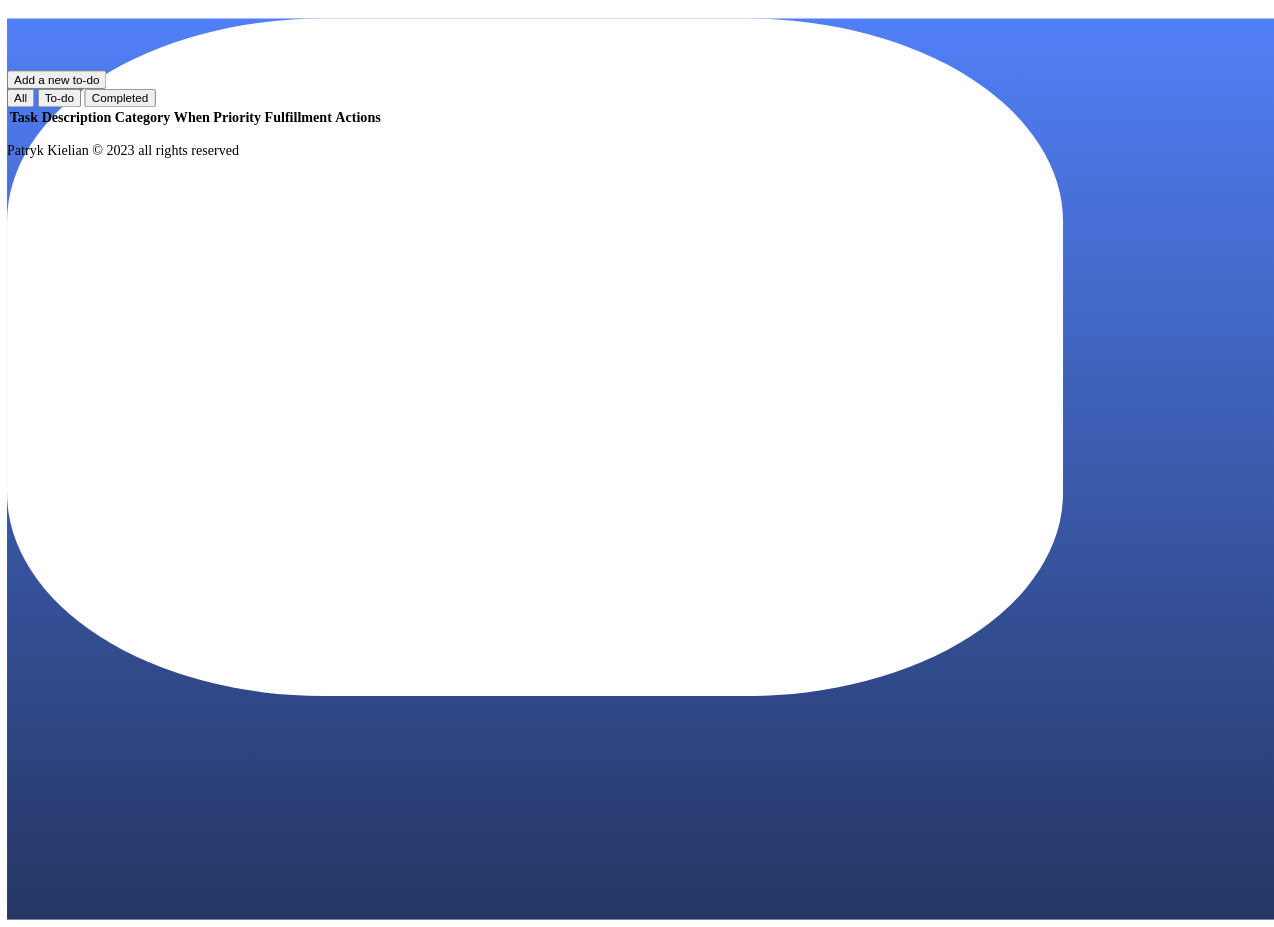
Repository: mirajane2/maquette-todo
Page: index.html
These files come from the project's save history. The page is drawn as it stood at one moment and after the next save; the edit follows.
The browser window is 1280 px wide. The page is 1448 px wide, so the pictures cover 1448 px, including what lies to the right of the window. The pictures show the whole page, at 88% of full size.

Above is the page before, as saved 2024-11-12 15:41:04.

After the next save:
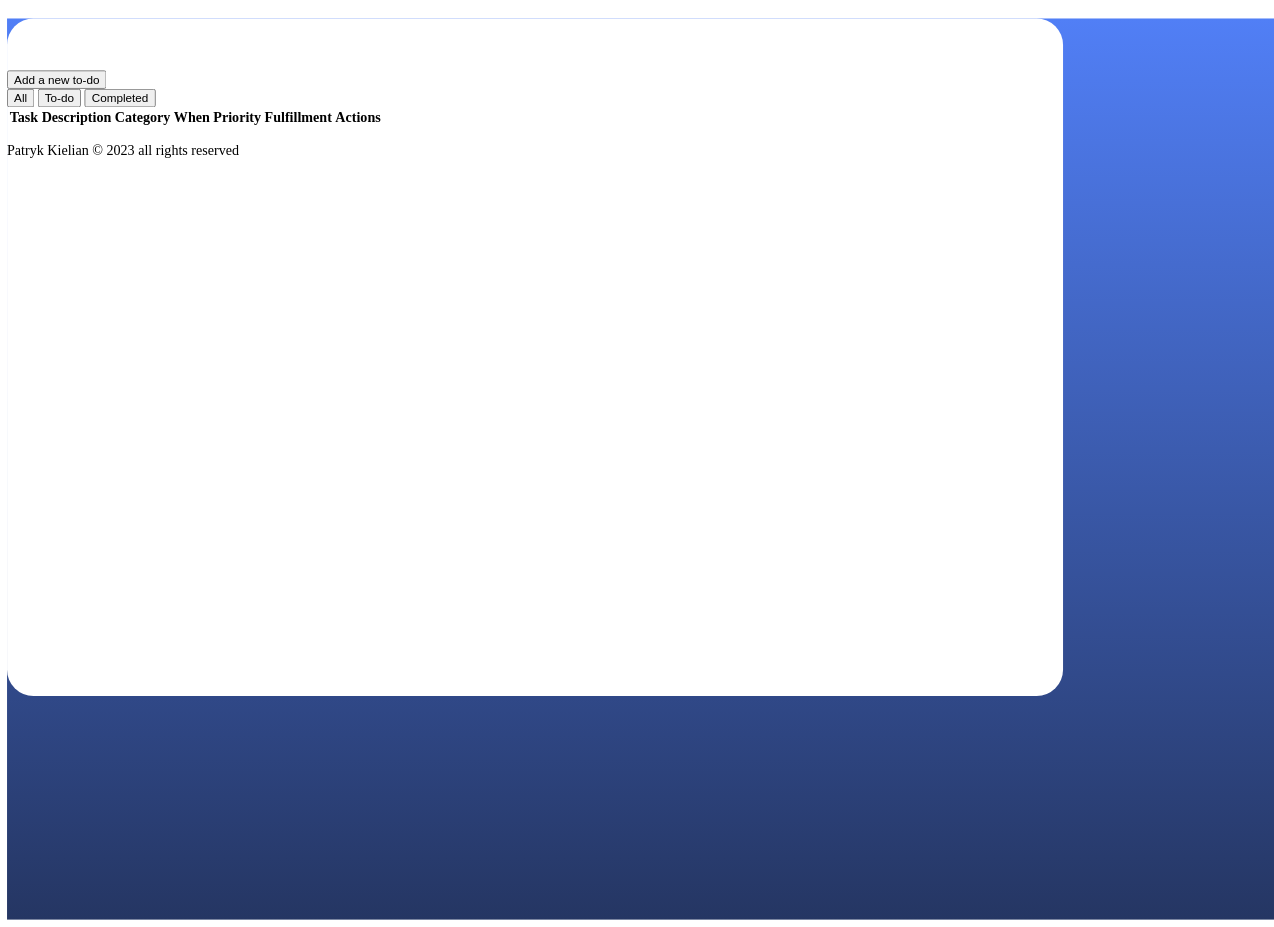
Saved 28 s later.
--- a/index.css
+++ b/index.css
@@ -7,7 +7,7 @@
 
 .content{
     background-color:#FFFFFF;
-    border-radius: 30%;
+    border-radius: 30px;
     opacity: 100%;
     fill: #FFFFFF;
     width: 1200px;
